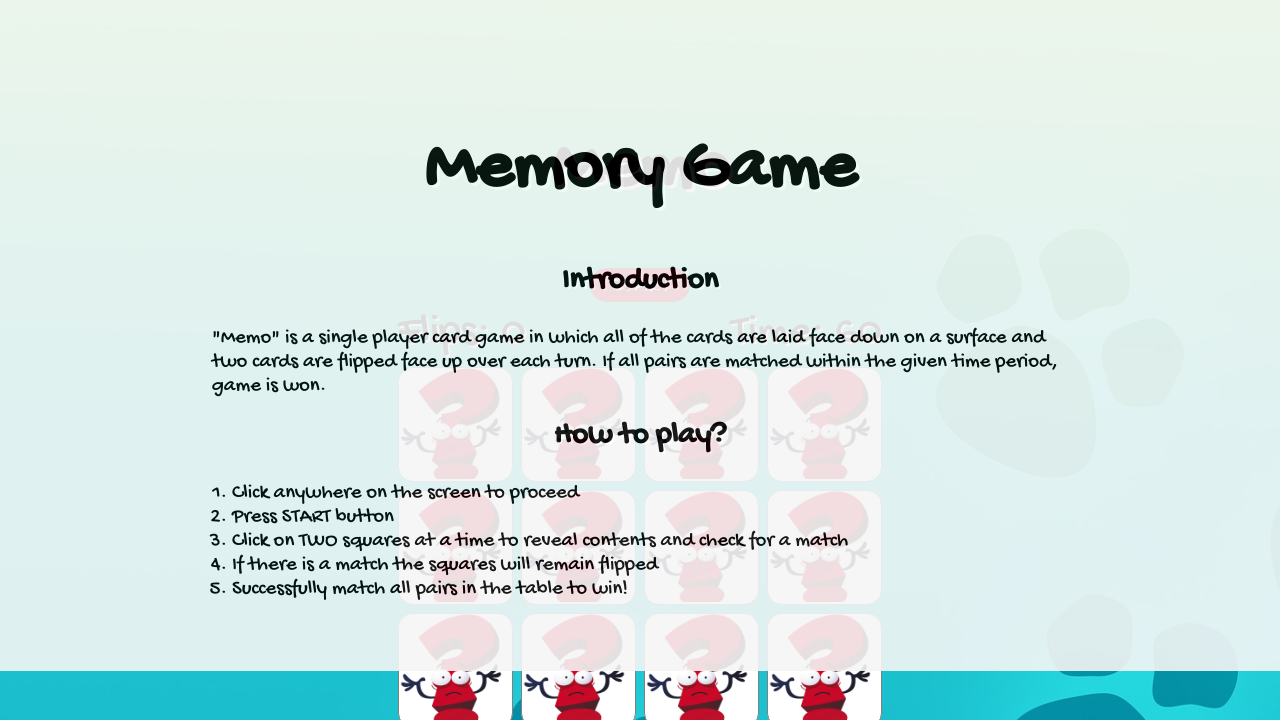
Repository: lauramika/Memory-Game
Page: index.html
The author's editor kept a record of every edit. The page is drawn from the files as they stood at one moment, then again after the next edit.
The browser window is 1280 px wide. The pictures show the window.
A layer covers the whole window, so only the first screen is drawn.

Above is the page before.

After the next edit:
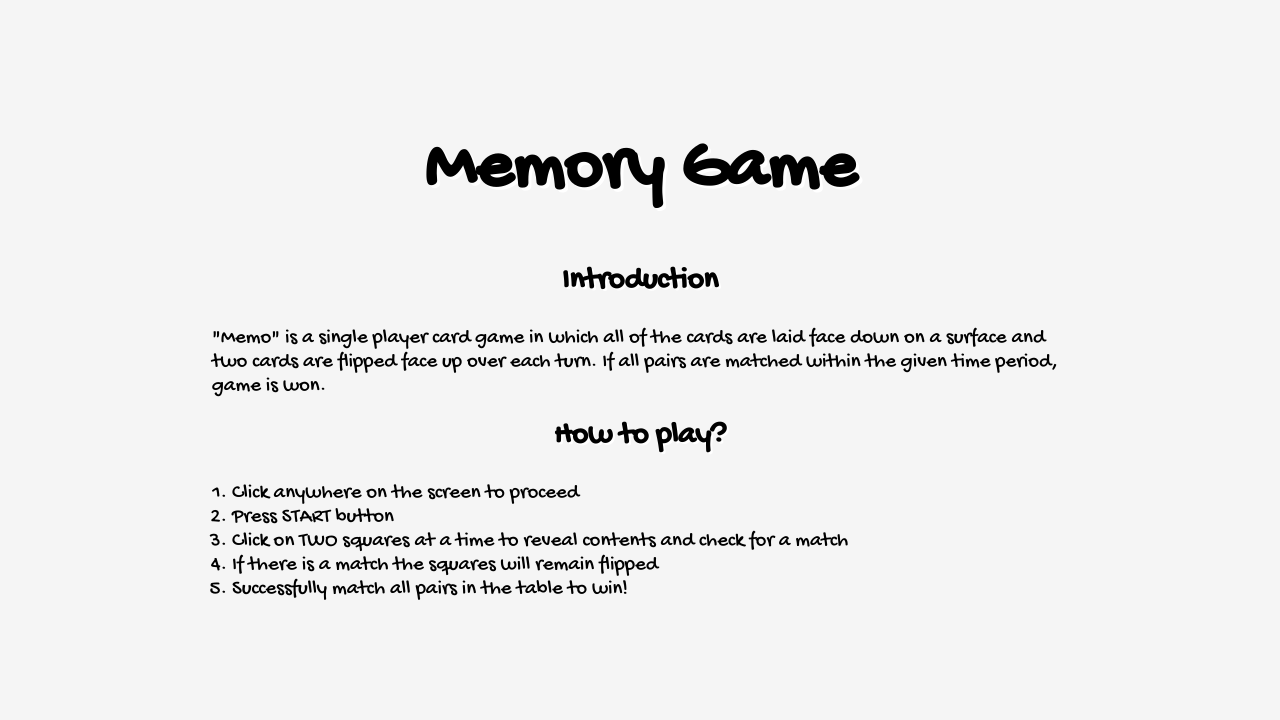
The edit:
--- a/style.css
+++ b/style.css
@@ -133,7 +133,7 @@
   background-color: whitesmoke;
   z-index: 10;
   position: fixed;
-  /*top: 0;
+  top: 0;
   left: 0;
   right: 0;
   bottom: 0;*/
